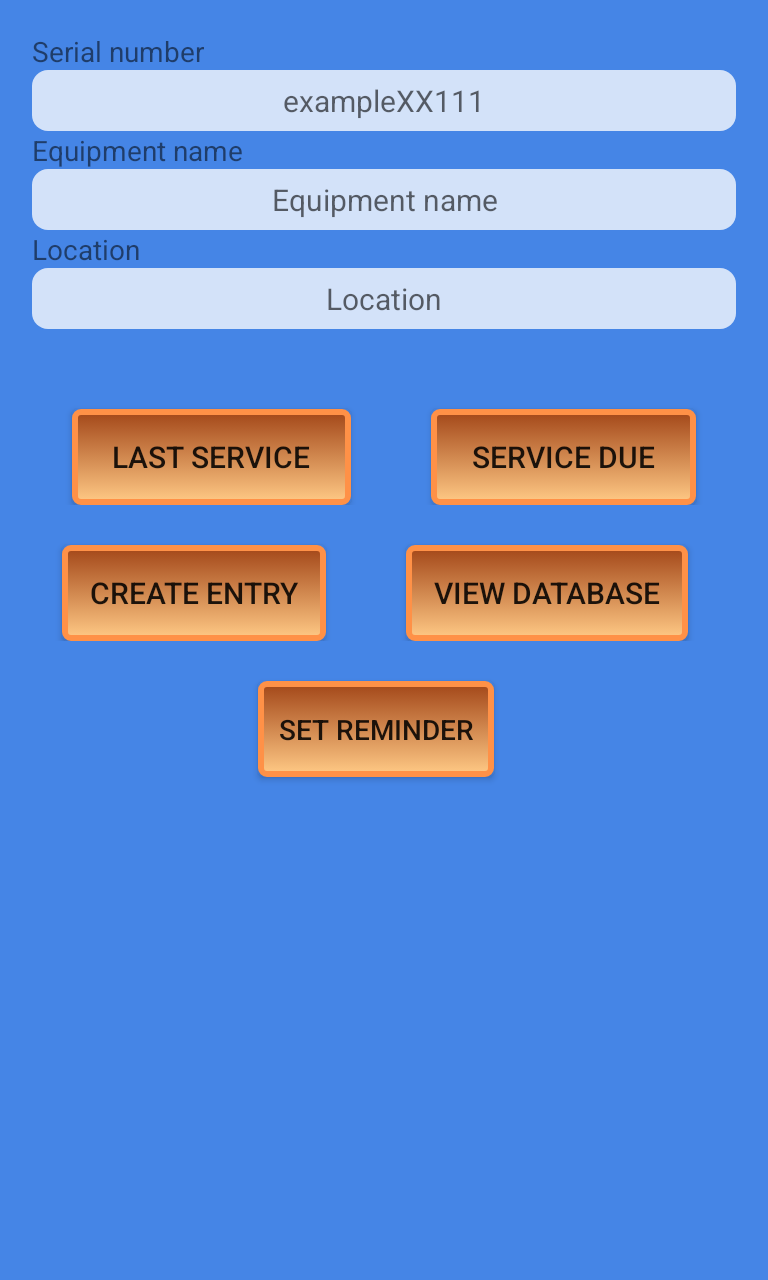
Repository: procmillie/AppKeepV9.12.14
Layout: StupidApp/res/layout/activity_database__home123.xml
These files come from the project's save history. The layout is drawn as it stood at one moment and after the next save; the edit follows.
It is drawn on a 768 x 1280 px phone screen (xhdpi) without system bars, with theme AppTheme; the app's code is not run. The app's manifest (not shown) leaves right-to-left support off. So textAlignment, textDirection and layoutDirection are ignored, and left and right values win over start and end ones.

Above is the layout before, as saved 2014-11-25 16:00:56.

### StupidApp/res/layout/activity_database__home123.xml
<LinearLayout xmlns:android="http://schemas.android.com/apk/res/android"
    xmlns:tools="http://schemas.android.com/tools"
    android:layout_width="match_parent"
    android:layout_height="match_parent"
    android:background="@color/bground_color"
    android:orientation="vertical"
    android:paddingBottom="@dimen/activity_vertical_margin"
    android:paddingLeft="@dimen/activity_horizontal_margin"
    android:paddingRight="@dimen/activity_horizontal_margin"
    android:paddingTop="@dimen/activity_vertical_margin"
    tools:context="ie.nuim.cs.appkeep.Database_Home" >

    <!-- Text box for equipment serial number -->

    <TextView
        android:id="@+id/tv_serial_num"
        android:layout_width="wrap_content"
        android:layout_height="wrap_content"
        android:gravity="center"
        android:text="@string/serial_num" />

    <EditText
        android:id="@+id/et_db_serial_num"
        android:layout_width="match_parent"
        android:layout_height="wrap_content"
        android:layout_gravity="center"
        android:background="@drawable/rounded_box"
        android:ems="10"
        android:gravity="center"
        android:hint="@string/serial_num_hint"
        android:padding="5dp"
        android:textSize="15sp" />

    <!-- Text box for equipment name -->

    <TextView
        android:id="@+id/tv_db_equip_name"
        android:layout_width="wrap_content"
        android:layout_height="wrap_content"
        android:gravity="center"
        android:text="@string/equip_name" />

    <EditText
        android:id="@+id/et_db_equip_name"
        android:layout_width="match_parent"
        android:layout_height="wrap_content"
        android:layout_gravity="center"
        android:background="@drawable/rounded_box"
        android:ems="10"
        android:gravity="center"
        android:hint="@string/equip_name"
        android:padding="5dp"
        android:textSize="15sp" />

    <!-- Text box for equipment location -->

    <TextView
        android:id="@+id/tv_db_eqip_location"
        android:layout_width="wrap_content"
        android:gravity="center"
        android:layout_height="wrap_content"
        android:text="@string/equip_location" />

    <EditText
        android:id="@+id/et_db_eqip_location"
        android:layout_width="match_parent"
        android:layout_height="wrap_content"
        android:layout_gravity="center"
        android:background="@drawable/rounded_box"
        android:ems="10"
        android:gravity="center"
        android:hint="@string/equip_location"
        android:padding="5dp"
        android:textSize="15sp" />

   <!-- Allowing two buttons linking to datePickers on the same line -->

    <LinearLayout
        android:layout_width="match_parent"
        android:layout_height="wrap_content"
        android:orientation="horizontal" >

        <!-- Button to conect to DatePicker for date of last service -->

        <Button
            android:id="@+id/bn_db_date_last_service"
            android:layout_width="wrap_content"
            android:layout_height="wrap_content"
            android:layout_marginTop="40dp"
            android:layout_marginEnd="20dp"
            android:layout_marginRight="20dp"
            android:layout_marginLeft="20dp"
            android:layout_weight="1"
            android:background="@drawable/button_style"
            android:paddingLeft="4dp"
            android:paddingRight="4dp"
            android:text="@string/date_last"
            android:textSize="15sp" />

        <!-- Button to conect to DatePicker for date service due -->

        <Button
            android:id="@+id/bn_db_date_due"
            android:layout_width="wrap_content"
            android:layout_height="wrap_content"
            android:layout_marginRight="20dp"
            android:layout_marginLeft="20dp"
            android:layout_marginStart="20dp"
            android:layout_marginTop="40dp"
            android:layout_weight="1"
            android:background="@drawable/button_style"
            android:paddingLeft="4dp"
            android:paddingRight="4dp"
            android:text="@string/date_due"
            android:textSize="15sp" />

    </LinearLayout>


    <!-- Allowing two buttons to appear on the same line within the wrapper LinearLayout -->

    <LinearLayout
        android:layout_width="match_parent"
        android:layout_height="wrap_content"
        android:orientation="horizontal" >

        <!-- Button to input database -->

        <Button
            android:id="@+id/bn_db_input"
            android:layout_width="wrap_content"
            android:layout_height="wrap_content"
            android:layout_marginTop="20dp"
            android:layout_marginEnd="20dp"
            android:layout_marginRight="20dp"
            android:layout_marginStart="15dp"
            android:layout_marginLeft="15dp"
            android:layout_weight="1"
            android:background="@drawable/button_style"
            android:paddingLeft="4dp"
            android:paddingRight="4dp"
            android:text="@string/create_entry"
            android:textSize="15sp" />

        <!-- Button to edit database -->

        <Button
            android:id="@+id/bn_db_view"
            android:layout_width="wrap_content"
            android:layout_height="wrap_content"
            android:layout_marginRight="24dp"
            android:layout_marginEnd="24dp"
            android:layout_marginLeft="20dp"
            android:layout_marginStart="20dp"
            android:layout_marginTop="20dp"
            android:layout_weight="1"
            android:background="@drawable/button_style"
            android:paddingLeft="4dp"
            android:paddingRight="4dp"
            android:text="@string/view_db"
            android:textSize="15sp" />

    </LinearLayout>

    <Button
        android:id="@+id/bn_db_set_reminder"
        android:layout_width="wrap_content"
        android:layout_height="wrap_content"
        android:layout_marginEnd="24dp"
        android:layout_marginLeft="20dp"
        android:layout_marginRight="24dp"
        android:layout_marginStart="20dp"
        android:layout_marginTop="20dp"
        android:gravity="center"
        android:layout_gravity="center"
        android:background="@drawable/button_style"
        android:text="@string/set_reminder" />

</LinearLayout>

### StupidApp/res/values/strings.xml
<?xml version="1.0" encoding="utf-8"?>
<resources>

    <string name="app_name">AppKeep</string>
    <string name="hello_world">Hello world!</string>
    <string name="action_settings">Settings</string>

    <!-- Strings for DATABASE INPUT screen -->
    <!-- Setting up background color and strings for text hints and text box titles that let users know what data to enter -->

    <color name="bground_color">#4585E6</color>
    <color name="editText_bground">#D3E2F9</color>
    <string name="serial_num">Serial number</string>
    <string name="serial_num_hint">exampleXX111</string>
    <string name="equip_name">Equipment name</string>
    <string name="equip_location">Location</string>
    <string name="date_last">Last service</string>
    <string name="date_due">Service due</string>
    <string name="set_reminder">Set Reminder</string>

    <string name="view_db">View Database</string>
    <string name="num">Number</string>

    <!--  Manifest String names -->
    <string name="database_homescreen">Database Homescreen</string>
    <string name="database_view">Database View</string>

    <!--  DatePicker String names -->
     <string name="set_date">Set Date</string>
     <string name="set_date_hint">Set Date</string>
     <string name="set_date_last_service">Set Date of Last Service</string>


    <!--  Button strings to input and edit database entries. Colors used:
    #FF9147 - pale gold
    #FF8533 - dark gold
    A34719 - brown-->
    <string name="create_entry">Create entry</string>
    <string name="view_database">View Database</string>
    <color name="bn_color">#FF9147</color>
    <color name="bn_color2">#FFC985</color>
    <color name="bn_color3">#FF0000</color>
    <color name="bn_color4">#FF3333</color>
    <color name="bn_color5">#FFC985</color>
    <color name="bn_color6">#A34719</color>
    <color name="bn_color7">#99FF66</color>




</resources>

### StupidApp/res/drawable-hdpi/rounded_box.xml
<?xml version="1.0" encoding="utf-8"?>


<!-- Styling the editText box, rounded corners and light blue background -->

    <shape xmlns:android="http://schemas.android.com/apk/res/android"
    android:padding="8dp"

    android:shape="rectangle" >
    <solid android:color="#D3E2F9" />
    <corners android:radius="8dp" />
</shape>

### StupidApp/res/drawable-hdpi/button_style.xml
<?xml version="1.0" encoding="utf-8"?>
<selector
    xmlns:android="http://schemas.android.com/apk/res/android">

    <item android:state_pressed="true" >
        <shape>
            <gradient
                android:startColor="@color/bn_color"
                android:endColor="@color/bn_color2"
                android:angle="270" />
            <stroke
                android:width="3dp"
                android:color="@color/bn_color" />
            <corners
                android:radius="3dp" />
            <padding
                android:left="10dp"
                android:top="10dp"
                android:right="10dp"
                android:bottom="10dp" />
        </shape>
    </item>

    <item android:state_focused="true" >
        <shape>
            <gradient
                android:endColor="@color/bn_color3"
                android:startColor="@color/bn_color4"
                android:angle="270" />
            <stroke
                android:width="3dp"
                android:color="@color/bn_color" />
            <corners
                android:radius="3dp" />
            <padding
                android:left="10dp"
                android:top="10dp"
                android:right="10dp"
                android:bottom="10dp" />
        </shape>
    </item>

    <item>
        <shape>
            <gradient
                android:endColor="@color/bn_color5"
                android:startColor="@color/bn_color6"
                android:angle="270" />
            <stroke
                android:width="3dp"
                android:color="@color/bn_color" />
            <corners
                android:radius="3dp" />
            <padding
                android:left="10dp"
                android:top="10dp"
                android:right="10dp"
                android:bottom="10dp" />
        </shape>
    </item>
</selector>

Loaded but not shown: StupidApp/res/values/styles.xml (common file); StupidApp/res/values-v11/styles.xml (common file); StupidApp/res/values-v14/styles.xml (common file); StupidApp/res/values/dimens.xml (common file); StupidApp/res/values-w820dp/dimens.xml (common file)

After the next save:
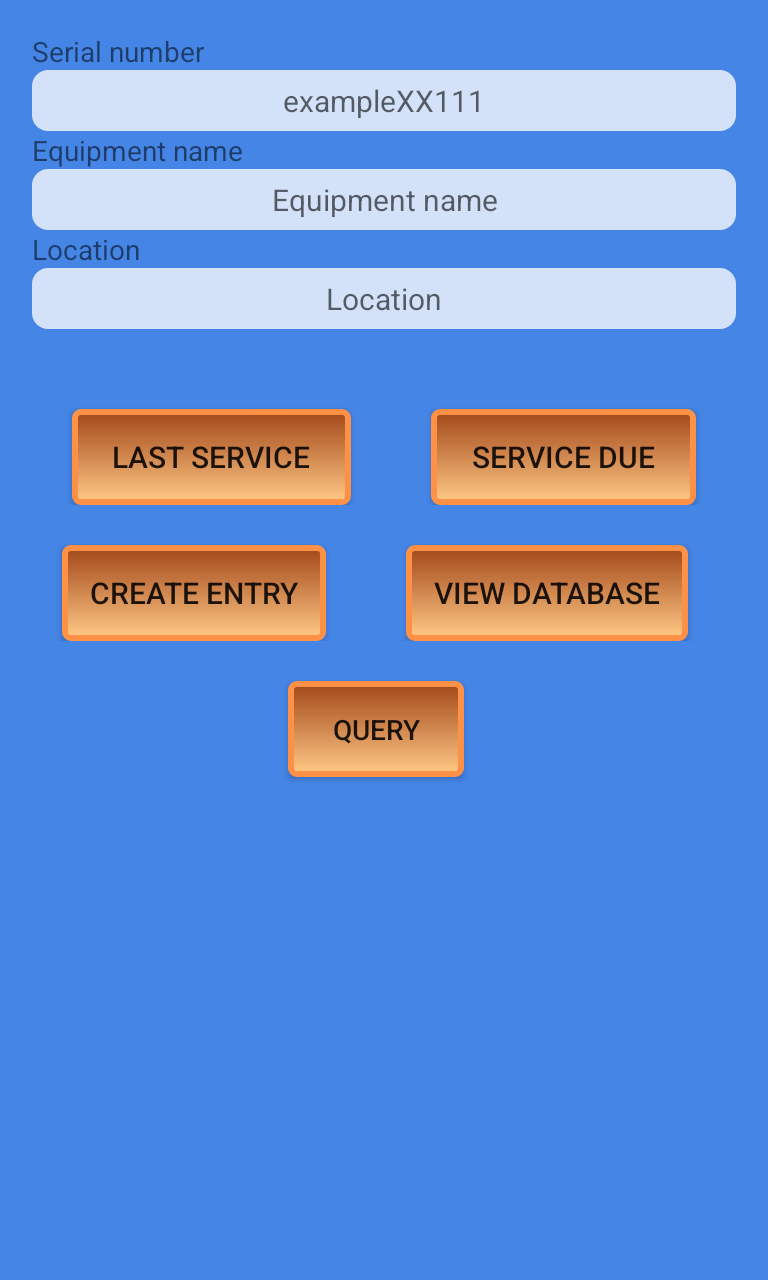
Saved 2 h 44 min later.
--- a/StupidApp/res/layout/activity_database__home123.xml
+++ b/StupidApp/res/layout/activity_database__home123.xml
@@ -163,7 +163,7 @@
     </LinearLayout>
 
     <Button
-        android:id="@+id/bn_db_set_reminder"
+        android:id="@+id/bn_db_set_query"
         android:layout_width="wrap_content"
         android:layout_height="wrap_content"
         android:layout_marginEnd="24dp"
@@ -174,6 +174,6 @@
         android:gravity="center"
         android:layout_gravity="center"
         android:background="@drawable/button_style"
-        android:text="@string/set_reminder" />
+        android:text="@string/query" />
 
 </LinearLayout>
--- a/StupidApp/res/values/strings.xml
+++ b/StupidApp/res/values/strings.xml
@@ -17,6 +17,7 @@
     <string name="date_last">Last service</string>
     <string name="date_due">Service due</string>
     <string name="set_reminder">Set Reminder</string>
+    <string name="query">Query</string>
 
     <string name="view_db">View Database</string>
     <string name="num">Number</string>
